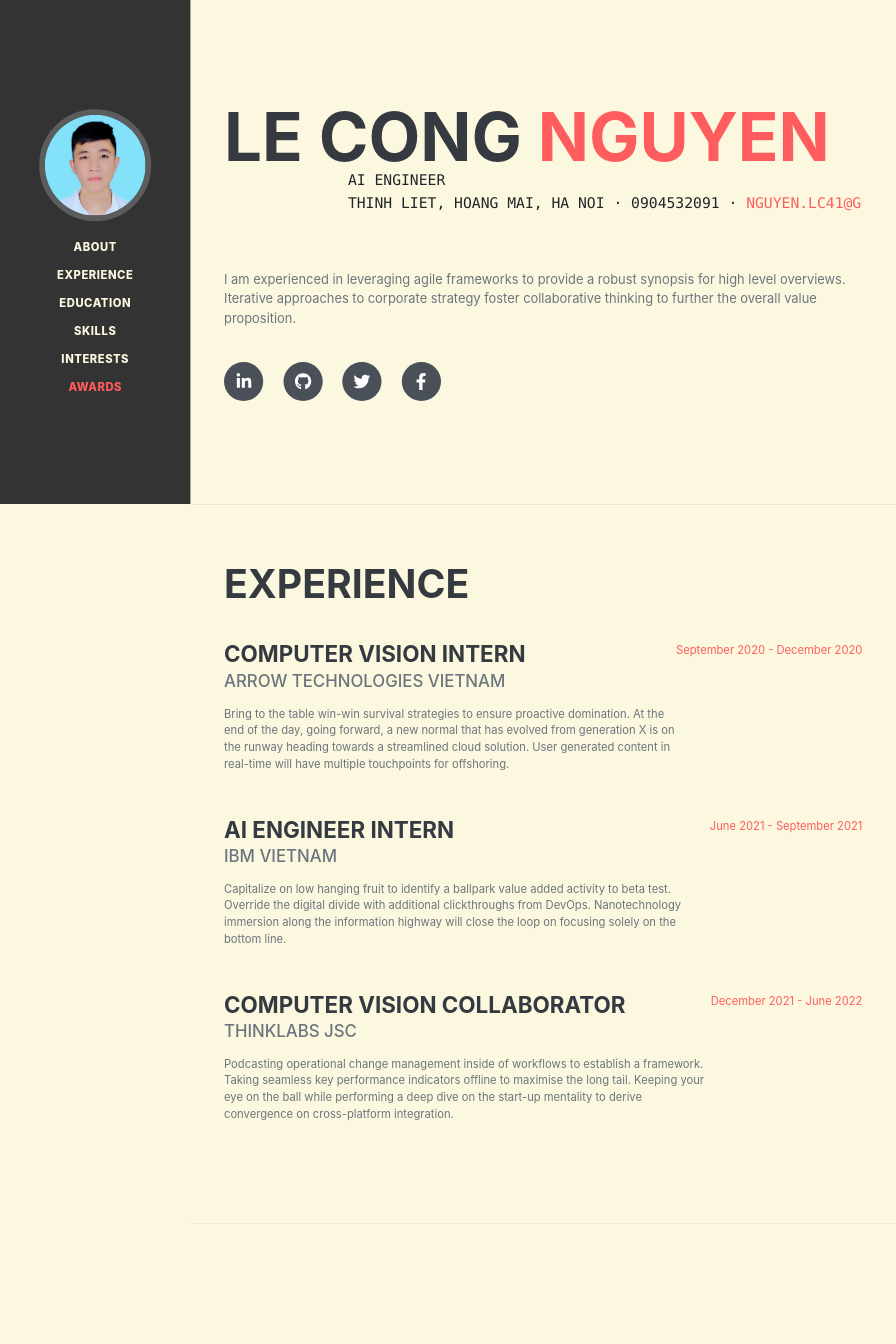
Repository: nguyenlcc/Online-CV
Page: index.html
The author's editor kept a copy of each file at every save. The page is drawn from the files as they stood at one save, then again after the next save.
The browser window is 1280 px wide. The pictures show the part of the page from y = 0 to 1920 px (the page is 4631 px tall), at 70% of full size.
Some web fonts or font styles are not loaded; a fallback is used. Some web libraries are served in a nearby version.

Above is the page before, as saved 2022-05-23 00:58:25.

After the next save:
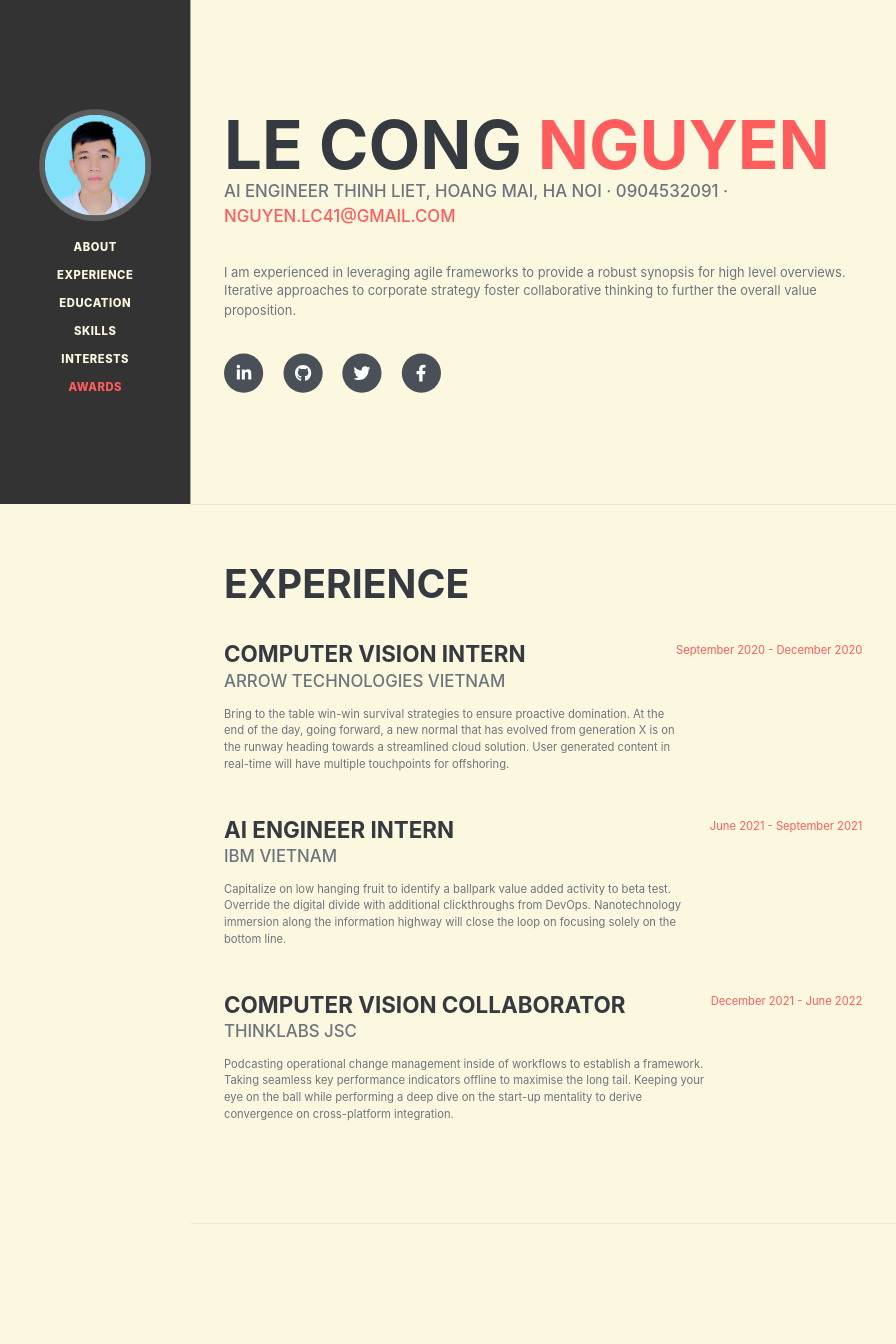
Saved 17 s later.
--- a/index.html
+++ b/index.html
@@ -94,10 +94,9 @@
             <span class="text-primary">NGUYEN</span>
           </h1>
           <div class="subheading mb-5">
-            <pre>
-              AI ENGINEER
-              THINH LIET, HOANG MAI, HA NOI · 0904532091 · <a href="mailto:name@email.com">nguyen.lc41@gmail.com</a>
-            </pre>
+            AI ENGINEER
+            THINH LIET, HOANG MAI, HA NOI · 0904532091 ·
+            <a href="mailto:name@email.com">nguyen.lc41@gmail.com</a>
           </div>
           <p class="lead mb-5">
             I am experienced in leveraging agile frameworks to provide a robust
